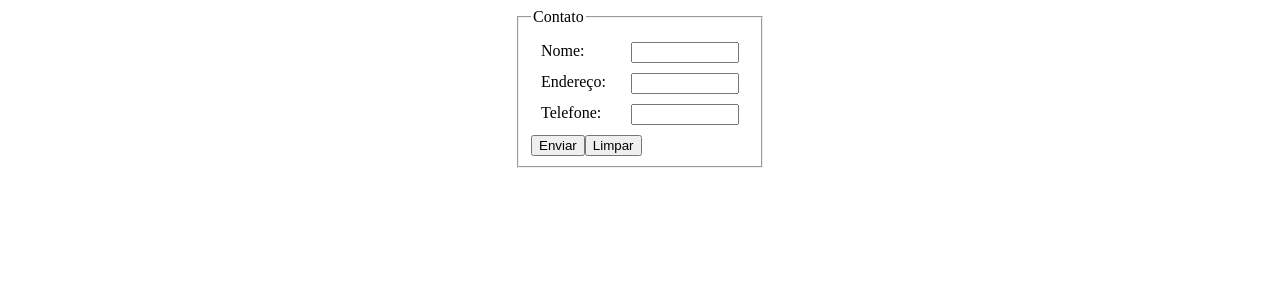
Repository: daniloserafim/trilha-backend-senai
Page: exemploServlet/WebContent/contato.html
The author's editor kept a copy of each file at every save. The page is drawn from the files as they stood at one save, then again after the next save.
The browser window is 1280 px wide. The pictures show the whole page.

Above is the page before, as saved 2022-05-31 23:53:15.

### exemploServlet/WebContent/contato.html
<!DOCTYPE html>
<html>
<head>
<meta charset="ISO-8859-1">
<title>Insert title here</title>
<link rel="stylesheet" type="text/css" href="style.css">
</head>
<body>
	<form class="form" action="insereContato">
		<fieldset>
			<legend>Contato</legend>
			<div class="form-box">
				<div class="nome-box item-box">
					<div class="nome-title title-box">
						<label>Nome:</label>
					</div>
					<div class="nome-input input-box">
						<input type="text" name="nome" required>
					</div>
				</div>
				<div class="endereco-box item-box">
					<div class="endereco-title title-box">
						<label>Endereço:</label>
					</div>
					<div class="endereco-input input-box">
						<input required>
					</div>
				</div>
				<div class="telefone-box item-box">
					<div class="telefone-title title-box">
						<label>Telefone:</label>
					</div>
					<div class="telefone-input input-box">
						<input required>
					</div>
				</div>
				<div class="buttons-box">
					<div class="enviar-button-box button-box">
						<button class="enviar-button">
							Enviar
						</button>
					</div>
					<div class="limpar-button-box button-box">
						<button class="limpar-button">
							Limpar
						</button>
					</div>
				</div>
			</div>
		</fieldset>
	</form>
</body>
</html>

### exemploServlet/WebContent/style.css
@charset "ISO-8859-1";


body {
	display: flex;
	justify-content: center;
	align-items: center;
}

.form {
	width: 250px;
}

input {
	width: 100px;
}

.item-box {
	display: flex;
	flex-direction: row;
	margin: 10px;
	justify-content: space-between;
}

.title-box {
	margin-right: 10px;
}

.buttons-box {
	display: flex;
	flex-direction: row;
}

After the next save:
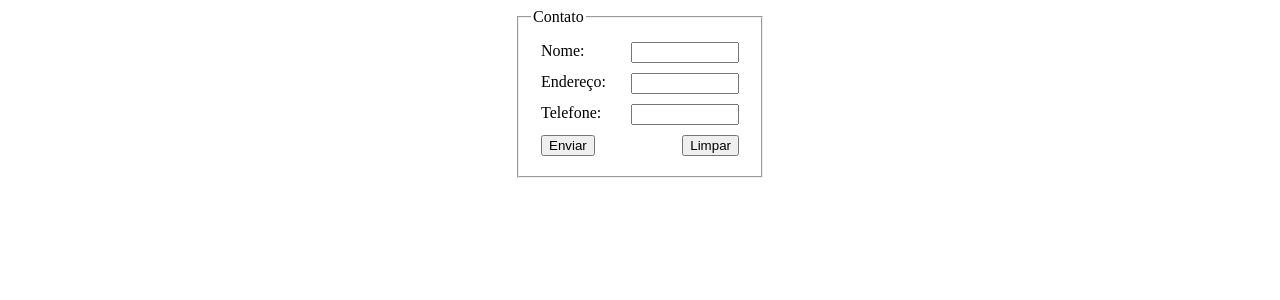
Saved 25 s later.
--- a/exemploServlet/WebContent/style.css
+++ b/exemploServlet/WebContent/style.css
@@ -29,4 +29,6 @@ input {
 .buttons-box {
 	display: flex;
 	flex-direction: row;
+	margin: 10px;
+	justify-content: space-between;
 }
